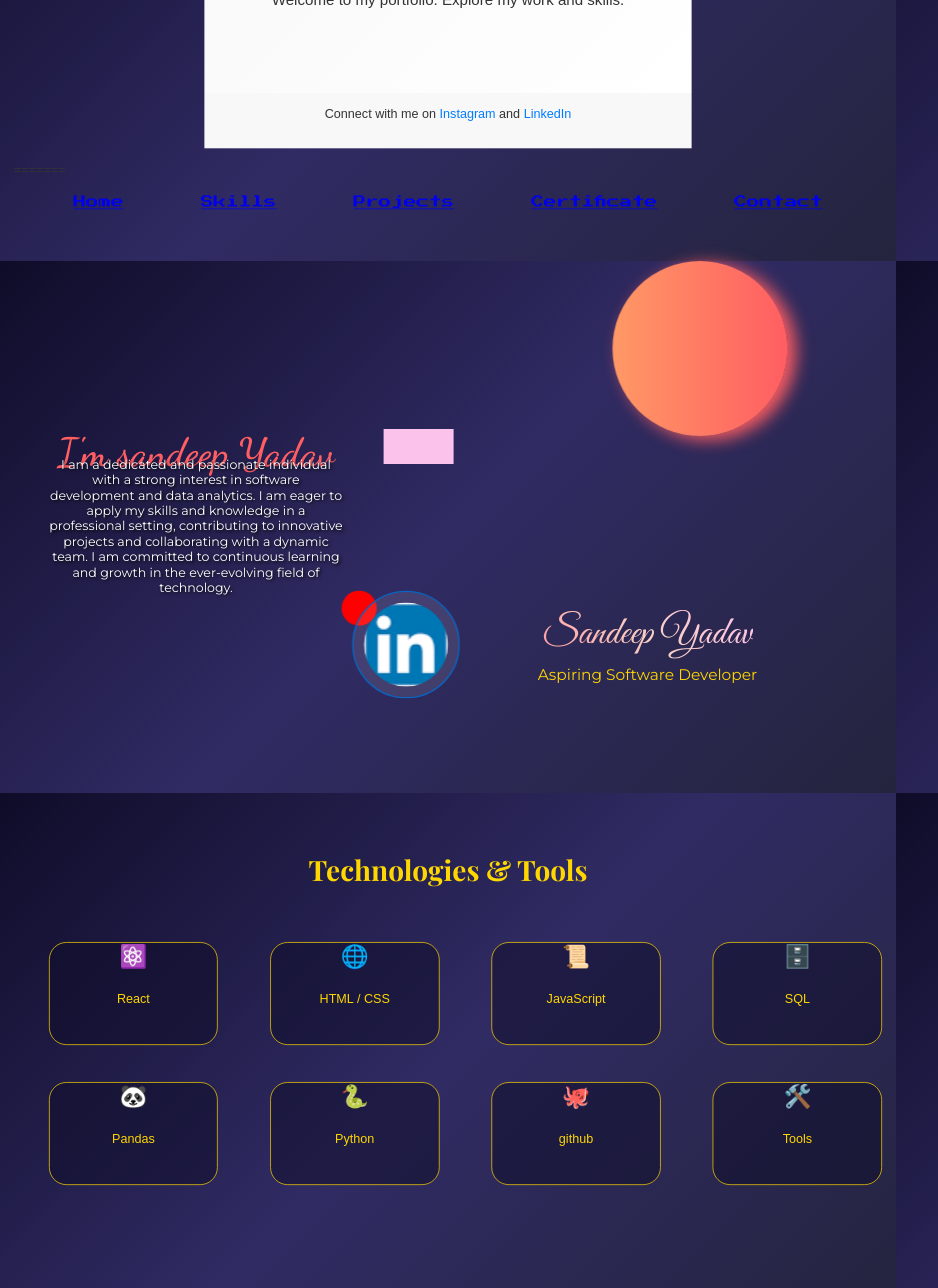
Repository: SandeepYadav18717/Sandeep_portfolio
Page: /
An editor plug-in stored every save of this project. The page is shown before and after the next save, followed by the edit.
The browser window is 1280 px wide. The page is 1340 px wide, so the pictures cover 1340 px, including what lies to the right of the window. The pictures show the part of the page from y = 387 to 2227 px (the page is 4565 px tall), at 70% of full size.
The project was rebuilt for these pictures with package versions that can differ from the ones it lists, and the page was loaded fresh each time. Also part of the build but not shown: vite.config.js.

Above is the page before, as saved 2025-09-03 05:54:51.

### index.html
<<<<<<< HEAD
 <!DOCTYPE html>
<html lang="en">
<head>
    <meta charset="UTF-8">
    <meta name="viewport" content="width=device-width, initial-scale=1.0">
    <title>Portfolio - Sandeep Yadav</title>
    <style>
        body {
            margin: 0;
            font-family: 'Arial', sans-serif;
            background-color: #ffffff;
            color: #333333;
            height: 100vh;
            display: flex;
            flex-direction: column;
            justify-content: space-between;
        }

        .container {
            max-width: 1200px;
            margin: 0 auto;
            padding: 20px;
            flex: 1;
        }

        .navbar {
            display: flex;
            justify-content: space-between;
            align-items: center;
            padding: 20px;
            background-color: #f8f8f8;
            box-shadow: 0 4px 8px rgba(0, 0, 0, 0.1);
            animation: slideIn 1s ease-out;
        }

        .navbar ul {
            list-style: none;
            display: flex;
            gap: 20px;
        }

        .navbar ul li {
            display: inline;
        }

        .navbar ul li a {
            color: #333333;
            text-decoration: none;
            font-weight: bold;
            transition: color 0.3s;
        }

        .navbar ul li a:hover {
            color: #007bff;
        }

        .hero {
            text-align: center;
            padding: 100px 20px;
            background: linear-gradient(135deg, #f8f8f8, #ffffff);
            animation: fadeIn 2s ease-in-out;
            flex: 1;
        }

        .hero h1 {
            font-size: 3em;
            margin: 0;
            color: #007bff;
            animation: bounceIn 1.5s ease-in-out;
        }

        .hero p {
            font-size: 1.2em;
            margin: 20px 0;
            color: #333333;
            animation: fadeIn 2s ease-in-out;
        }

        .hero a {
            display: inline-block;
            padding: 10px 20px;
            color: #ffffff;
            background-color: #007bff;
            text-decoration: none;
            border-radius: 5px;
            transition: background-color 0.3s;
            animation: fadeIn 2s ease-in-out;
        }

        .hero a:hover {
            background-color: #0056b3;
        }

        .footer {
            text-align: center;
            padding: 20px;
            background-color: #f8f8f8;
            animation: slideIn 1s ease-out;
        }

        .footer a {
            color: #007bff;
            text-decoration: none;
        }

        @keyframes slideIn {
            from {
                transform: translateY(-100%);
                opacity: 0;
            }
            to {
                transform: translateY(0);
                opacity: 1;
            }
        }

        @keyframes fadeIn {
            from {
                opacity: 0;
            }
            to {
                opacity: 1;
            }
        }

        @keyframes bounceIn {
            0%, 20%, 40%, 60%, 80%, 100% {
                transform: translateY(0);
            }
            50% {
                transform: translateY(-20px);
            }
        }
    </style>
</head>
<body>
    <div class="container">
        <nav class="navbar">
            <div class="logo">
                <h1>Portfolio</h1>
            </div>
            <ul>
                <li><a href="index.html">Home</a></li>
                <li><a href="about sandeep.html">About</a></li>
                <li><a href="Sandeep port experience.html">Skills</a></li>
                <li><a href="Sandeep port certifications.html">Certificates</a></li>
            </ul>
        </nav>

        <section class="hero" id="home">
            <h1>Hello! I Am Sandeep Yadav</h1>
            <p>Welcome to my portfolio. Explore my work and skills.</p>

        </section>

        <footer class="footer">
            <p>Connect with me on <a href="https://instagram.com/sandeepyadav782707?utm_source=qr&igshid=ZDc4ODBmNjlmNQ%3D%3D">Instagram</a> and <a href="https://www.linkedin.com/in/sandeep-yadav-0b6357210">LinkedIn</a></p>
        </footer>
    </div>
</body>
</html>
=======
<!doctype html>
<html lang="en">
  <head>
    <meta charset="UTF-8" />
    <link rel="icon" type="image/svg+xml" href="/vite.svg" />
    <meta name="viewport" content="width=device-width, initial-scale=1.0" />
    <title>Vite + React</title>
  </head>
  <body>
    <div id="root"></div>
    <script type="module" src="/src/main.jsx"></script>
  </body>
</html>
>>>>>>> 4fd1c6c (Initial upload of React portfolio project)

### src/App.jsx
import { useEffect } from "react";
import Navbar from "./navbar/Navbar";
import Index from "./Pages/Index";
import Skills from "./Pages/Skills";

import Cards  from "./Cards/Cards";
import Contact from "./Contact/contact";
import Cert from "./Certifitae/Certi.jsx";   // 👈 yaha import kar

import "./App.css";

function App() {
  useEffect(() => {
    const observer = new IntersectionObserver(
      (entries) => {
        entries.forEach((entry) => {
          if (entry.isIntersecting) {
            entry.target.classList.add("visible");
          } else {
            entry.target.classList.remove("visible");
          }
        });
      },
      { threshold: 0.2 } // 20% section visible hote hi trigger
    );

    document.querySelectorAll(".section").forEach((sec) => {
      observer.observe(sec);
    });

    return () => observer.disconnect();
  }, []);

  return (
    <>


      <Navbar />
      <section id="home" className="section"><Index /></section>
      <section id="skills" className="section"><Skills /></section>
      <section id="projects" className="section"><Cards /></section>
      <section id="Certifitae" className="section"><Cert /></section>
       <section id="contact" className="section"><Contact /></section>
    </>
  );
}

export default App;

### src/Navbar/Navbar.jsx
import "./Navabr.css";



import { useState,useEffect } from 'react'
function Navbar() {
  const [loaded, setLoaded] = useState(false);

  useEffect(() => {
    // Trigger animation when component mounts
    setLoaded(true);
  }, []);
  function About(){
    location.href = 'Home.jsx';
    console.log("clickedded");
  }
  function Project(){
    location.href = 'Cards.jsx';
    console.log("clicked");
  }

    return (
        <div id="container">
       <a href="#home" className="nav-item">Home</a>
        <a href="#skills" className="nav-item">Skills</a>
        <a href="#projects" className="nav-item">Projects</a>
        <a href="#Certifitae" className="nav-item">Certificate</a>
        <a href="#contact" className="nav-item">Contact</a>
        </div>
    )
}

export default Navbar;

### src/Pages/Index.jsx

import "./Home.css";
import Linkdin from "../Pages/Linkdin.png"; // Adjust the path based on the actual location

function Home() {
  return (
    <>

     <div id="detail">


     <div id="overlay">I'm sandeep Yadav
       <div id="Linkdin">
        <img src={Linkdin} alt=""
        style={{
        width: "120px",
        height: "120px",
         borderRadius: "50%",
        objectFit: "cover",
        border: "2px solid #0A66C2",
           marginTop: "0px"   }} />
       </div>
      <div id="Instagram"></div>
      <div id="twitter"></div>
     </div>
     <div id="bg-Photo">

     </div>

     <div id="intro">

          I am a dedicated and passionate individual with a strong interest in
          software development and data analytics. I am eager to apply my skills
          and knowledge in a professional setting, contributing to innovative
          projects and collaborating with a dynamic team. I am committed to
          continuous learning and growth in the ever-evolving field of
          technology.

    </div>


   <div id="name">

          Sandeep Yadav
      </div>

   <div id="role">
          Aspiring Software Developer


     </div></div>
     <br/><br/><br/><br/><br/>
    </>
  );
}

export default Home;

### src/Pages/Skills.jsx
import { Card } from "../Cards/Cards"
import "./Skills.css"


function Skills() {
  return (
    <>
      <h1> Technologies & Tools</h1>
      <div id="card-skill">
        <Card
          className="card-skill-1"
          title={<>⚛️</>}
          description="React"
        />
        <Card
          className="card-skill-2"
          title={<>🌐</>}
          description="HTML / CSS"
        />
        <Card
          className="card-skill-3"
          title={<>📜</>}
          description="JavaScript"
        />
        <Card
          className="card-skill-4"
          title={<>🗄️</>}
          description="SQL"
        />
      </div>

      {/* another div line 2 */}
      <div id="card-skill">
        <Card
          className="card-skill-1"
          title={<>🐼</>}
          description="Pandas"
        />
        <Card
          className="card-skill-2"
          title={<>🐍</>}
          description="Python"
        />
        <Card
          className="card-skill-3"
          title={<>🐙</>}
          description="github"
        />
        <Card
          className="card-skill-4"
          title={<>🛠️</>}
          description="Tools"
        />
      </div>
    </>
  )
}

export default Skills;

### src/Contact/contact.jsx
import { useState } from "react";
import "./contact.css";

function Contact() {
  const [name, setName] = useState("");
  const [Email, setEmail] = useState("");
  const [phone, setPhone] = useState("");
  function on(event){
    setName(event.target.value)

  }
   function email(event){
    setEmail(event.target.value)

  }
   function Phone(event){
    setPhone(event.target.value)

  }


  return (
    <>
    <div id="heading">Get in <span style={{color:"gold"}}>Touch</span> With Us
</div>
<br />
<div id="value">
      <input
        type="text"
        onChange={on}

        placeholder="Enter your name"
        className="input-box"
      /><br />
      {name}

      <br />

      <input
      className="input-box"
        type="email"
        onChange={email}
        placeholder="Enter your Email"
      /><br />
     Email is: {Email}
<br />
       <input
       className="input-box"
        type="Phone"
        onChange={Phone}

        placeholder="Enter your Phone number"
      />
      <br />
      Mobile No:{phone}
      <br />
    <br />

  <button >submit</button>
    </div>
    </>
  );
}


export default Contact;

### src/Certifitae/Certi.jsx

import Card from "../Cards/Cards";

import "./certi.css";
import python from "./python.png";
import Html from "./Html.jpg";
import image from "./image_cd97ae3d-5304-4b07-9a13-3357f6d9babd20230831_163952.jpg";
import go from "./Googleanalytics.jpg";

function Cert() {
  return (
    <div>
<h1 style={{ fontFamily: 'Playfair Display' }}> Certifications & Achievements</h1>
      <div id="card-skills">

        <ul>
          <img src={python} alt="python" />

          <img src={Html} alt="" />

          <img src={go} />

        </ul>


      </div>


    </div>
  );
}

export default Cert;

### src/App.css

html { scroll-behavior: smooth; }

.section {
  min-height: 100vh;
  opacity: 0;
  transform: translateY(80px);
  transition: all 1.2s ease-in-out;
  transition-delay: 0.3s;
}

.section.visible {
  opacity: 1;
  transform: translateY(0);
}

### src/Navbar/Navabr.css
@import url('https://fonts.googleapis.com/css2?family=Press+Start+2P&display=swap');
html {
  scroll-behavior: smooth;
}
#container {
    height: 70px;
    width: 100%;
    display: flex;
    justify-content: space-evenly;
    align-items: center;
    font-family: 'Press Start 2P', cursive;
    color: #4e3940;
    background-color: transparent;
    transition: all 0.2s ease-in-out;
}
#container

.nav-item {
    padding: 10px 25px;
    border-radius: 10px;


    transition: all 0.4s ease;
}

#container .nav-item:hover {
    text-shadow: 2px 2px 5px whitesmoke;
    box-shadow: 0 10px 20px rgba(0,0,0,0.5);
    transform: translateY(-10px) scale(1.1);
    background-color:  #4e3940;
    color: whitesmoke;
    cursor: pointer;
}

body{
    background: linear-gradient(135deg,black);
    height: 100vh;
}

### src/Pages/Home.css
@import url('https://fonts.googleapis.com/css2?family=Great+Vibes&display=swap');
@import url("https://fonts.googleapis.com/css2?family=Dancing+Script:wght@600&display=swap");

#detail {
  position: relative;
  margin-top: 0%;
  height: auto;
  padding: 50px;
  display: flex;
  flex-direction: column;
  align-items: center;
}

#bg-Photo {
  height: 250px;
  width: 250px;
  background: linear-gradient(to right, #ff9966, #ff5e62);
  border-radius: 50%;
  margin-bottom: 30px;
  margin-left: 100vh;
  box-shadow: 12px 5px 25px #ff5e62;
  animation: photoSlide 1.5s ease forwards;
   display:flex;
 justify-content: space-between;

}

@keyframes photoSlide {
  from {
    transform: translateY(-200%);
    opacity: 0;
  }
  to {
    transform: translateY(0);
    opacity: 1;
  }
}


#name {
  font-family: 'Montserrat', sans-serif;
  font-size: 30px;
  color: white;
  margin-bottom: 10px;
  margin-left: 50%;
  animation: nameSlide 1.5s ease forwards;
}

@keyframes nameSlide {
  from {
    transform: translateX(-100%);
    opacity: 0;
  }
  to {
    transform: translateX(0);
    opacity: 1;
  }
}


#role {
  font-family: 'Montserrat', sans-serif;
  font-size: 22px;
  color: #ffd700;
  margin-bottom: 20px;
  animation: roleSlide 1.5s ease forwards;
  margin-left: 50%;
}

@keyframes roleSlide {
  from {
    transform: translateX(100%);
    opacity: 0;
  }
  to {
    transform: translateX(0);
    opacity: 1;
  }
}


#intro {
  font-family: 'Montserrat', sans-serif;
  font-size: 18px;
  color: white;
  text-align: center;
  margin-right: 100vh;
  max-width: 100vh;
  text-shadow: 2px 2px 5px black;
  animation: introSlide 2s ease forwards;
  opacity: 0;
}

@keyframes introSlide {
  from {
    transform: translateY(200%);
    opacity: 0;
  }
  to {
    transform: translateY(0);
    opacity: 1;
  }
}
#overlay {
  position: absolute;
  color:  #ff5e62;
  top: 40%;
  left: 5%;
  font-size: 400%;
  height: 100%;
}

#name {
  font-family: 'Great Vibes', cursive;
  font-size: 3.5rem;
  text-align: center;
  margin-top: 20px;


  background: linear-gradient(45deg, #ff9a9e, #fad0c4, #fbc2eb);
  background-clip: text;
  -webkit-text-fill-color: transparent;
}
#overlay{
   font-family:  'Dancing Script', cursive;
  font-size: 3.5rem;
  text-align: center;
  display:flex;
  gap:10px


}




#Linkdin{
  height:50px;
  width:50px;
  margin-top: 40%;
  background-color: red;
  border-radius: 50%;
  animation: photoSlide 1.5s ease forwards;
}
#instagram{
  background-color: #fbc2eb;
   height:50px;
  width:100px;
}

### src/Pages/Skills.css
@import url("https://fonts.googleapis.com/css2?family=Monoton&display=swap");
@import url('https://fonts.googleapis.com/css2?family=Playfair+Display:wght@400;700&display=swap');

html {
  scroll-behavior: smooth;
}
h1 {
  text-align: center;
  color: gold;

  margin-top: 20px;
  font-size: 250%;
  margin-top: 5%;
  font-family: 'Playfair Display';
}
#card-skill {
  height: 200px;
  display: flex;

  align-items: center;
  gap:2%;
  border-radius: 20px;
  color: white;
  width:100%




}
.card-skill-1,.card-skill-2,.card-skill-3,.card-skill-4{
    background-color:  rgba(15, 12, 41, 0.7);
    border: 1px solid gold;
    height:145px;
    width:250px;
    background: rgba(15, 12, 41, 0.5);
    border-radius: 25px;
    margin-left: 4%;
    margin-top: 5%;
    text-align: center;
    color: #ffd700


 ;


}
.card-skill-1:hover,.card-skill-2:hover,.card-skill-3:hover,.card-skill-4:hover,.card-skill.h3:hover{
    border-color: #ffd700;
    box-shadow: 10px 15px 15px rgba(255, 215, 0, 0.2),  0 2.5px 5px crimson;
    transform: scale(1.3);
    border:2px, double ,gold;

}
.card-skill.h3 {
  color: yellow;
  background: transparent;
  display: inline-block;
  font-size: 20px;
  transition: transform 0.3s ease, color 0.3s ease;
  height: 35px;
  width:250px;
}

### src/Cards/Card.css
@import url('https://fonts.googleapis.com/css2?family=Montserrat:wght@400;700&display=swap');
@import url('https://fonts.googleapis.com/css2?family=Cinzel:wght@600&display=swap');



#card-contain{
    display: flex;

    height:250px;
    margin-top: 10%;
    justify-content: center;
    border-radius: 25px;
    gap:4%



}


.Back {
  background: linear-gradient(135deg, #3a1c71, #d76d77, #ffaf7b);
  height: 250px;
  width: 250px;
  border-radius: 25px 80px 25px  80px;
  border: 3px double gold;
   margin-left: 0px;
   padding-left: 20px;
   padding-top: 20px;
  transition: transform 0s ease;
  box-shadow: 5px 10px 18px 5px black ;
  animation: card 1s ease-in-out 0s;

}
@keyframes card {
  0%{
    transform: scale(0.5);
    opacity: 0;


  }


  100%{
    transform: scale(1);
    opacity: 200;
  }

}

.Back:hover {
 transform: rotateY(180deg);
 height:400px;
 color: wheat;
  background: linear-gradient(135deg, #0f0c29, #302b63, #24243e);
  border: 3px solid gold;
  box-shadow: 5px 10px 18px  crimson;
  font-size: small;
  font-family:'Montserrat' ;
}

.Back-X {
  background: linear-gradient(-135deg, #3a1c71, #d76d77, #ffaf7b);
  height: 250px;
  width: 250px;
  padding-left: 20px;
  padding-top: 50px;
  border-radius: 50px;
   margin-left: 0px;
  transition: transform 0s ease;
  box-shadow: 5px 10px 18px 10px black;


}
.Back-X:hover {
  transform: rotateX(180deg);
 height:400px;
 padding-top: 20px;
 font-size: small;
 color: wheat;
  background: linear-gradient(135deg, #0f0c29, #302b63, #24243e);
  border: 3px solid gold;
  box-shadow: 5px 10px 18px  crimson;
  font-family:'Montserrat' ;



}

.card-1,.card-3  {
  border-radius: 25px;
  height: 250px;
   margin-left: 40px;
  color: transparent;
  transition: transform 1s ease;


}
.card-1:hover {
  transform: rotateY(180deg);


}


.card-2,.card-4 {

  height: 450px;
  width: 250px;
  border-radius: 25px;
   margin-left: 40px;
  transition: transform 1s ease;
  color: transparent;

}

.card-2:hover {
  transform: rotatex(180deg);

}


.card-3:hover {
  transform: rotateY(180deg);
   color: wheat;
}

.card-4:hover {
  transform: rotateX(180deg);

}
body{
 background: linear-gradient(135deg, #0f0c29, #302b63, #24243e);
            color: #f8f8f8;
            min-height: 100vh;
            padding: 20px;
}
h3{
  color: yellow;
  font-size: xx-large;
  margin-top:0% ;
}
h3:hover{
  color: yellow;

  margin-top:0% ;
}
p{
  margin-top: 0%;
}

### src/Contact/contact.css
html {
  scroll-behavior: smooth;
}

body{
    background-color: azure;
    color: aqua;
    font-size: large;
}
.input-box {
             display: inline-flex;
            align-items: center;
            gap: 15px;
            margin-top: 2%;
            padding: 18px 40px;
            background: linear-gradient(135deg, var(--gold) 0%, #B8860B 100%);
            color: var(--dark);
            border: none;
            font-weight: 600;
            border-radius: 2px;
            transition: var(--transition);
            box-shadow: 0 10px 30px rgba(212, 175, 55, 0.3);
            cursor: pointer;



}
@keyframes input {
   25% {
    transform: translateY(-1225px);
  }
  50% {
    transform: translateZ(100px) translateY(100px);
  }
  75% {
    transform: translateZ(1225px);
  }
}


.input-box:focus {
  border-color: #007bff;
  box-shadow: -4px 15px 25px rgba(240, 241, 243, 0.5);
  width: 500px;

}
button{
    display: inline-flex;
            align-items: center;

            gap: 15px;
            padding: 18px 40px;
            background: linear-gradient(to right, #ff9966, #ff5e62);
            color: Gold;
            border: yellow;
            font-weight: 600;
            border-radius: 2px;
            transition: var(--transition);
            box-shadow: 0 10px 30px rgba(212, 175, 55, 0.3);
            cursor: pointer;
}
button:hover{
     transform: translateY(-3px);
            box-shadow: 0 15px 40px rgba(212, 175, 55, 0.4);
}
#heading{
    font-size: xxx-large;
    color:  #f9dcdc;
    text-shadow: 1px 1px 4px  gold;
    text-align: center;
}

### src/Certifitae/certi.css
@import url('https://fonts.googleapis.com/css2?family=Playfair+Display:wght@400;700&display=swap');
@import url('https://fonts.googleapis.com/css2?family=Playfair+Display:wght@400;700&display=swap');
html {
  scroll-behavior: smooth;
}
h1 {
  font-family: 'Playfair Display', serif;
  font-size: 2.5rem;     /* bada heading */
  text-align: center;    /* beech me laane ke liye */
  margin-bottom: 20px;
  color: gold;           /* classy golden heading */
}
#card-skills{
    border:4px solid gold;
     height: 500px;
  display: flex;
  margin-left: 5%;
  align-items: center;
  gap:2%;
  border-radius: 20px;
  color: white;
  width:90%;
  background: linear-gradient(135deg, rgba(15, 12, 41, 0.8), rgba(48, 43, 99, 0.8));
 padding: 0px;
            margin-top: 0px;
            border: 2px solid rgba(255, 215, 0, 0.3);
        }
/* .card1,.card2,.card3,.card4{
                background: rgba(255, 255, 255, 0.1);
            border-radius: 10px;
            padding: 15px;
            width: 280px;
            height:100px;
            margin-left: 15px;
            transition: all 0.3s ease;
        }
        .card3{
            margin-top: 25%;
        }
        .card2{
            margin-left: 25%;
        }


.card1:hover,.card2:hover,.card3:hover,.card4:hover,.card-skill.h3:hover{



  transform: translateY(-5px);
            box-shadow: 0 10px 20px rgba(0, 0, 0, 0.3);
} */
img  {
      background: rgba(255, 255, 255, 0.1);
            border-radius: 10px;
            padding: 15px;
            width: 350px;
            height:250px;
            margin-left: 15px;
            margin-top: 0%;
            transition: all 0.3s ease;
}
img:hover{
     transform: translateY(-5px);
            box-shadow: 0 10px 20px rgba(0, 0, 0, 0.3);
}

Loaded but not shown: src/main.jsx (common file); src/index.css (common file); src/Cards/Cards.jsx (86 lines, source omitted)

After the next save:
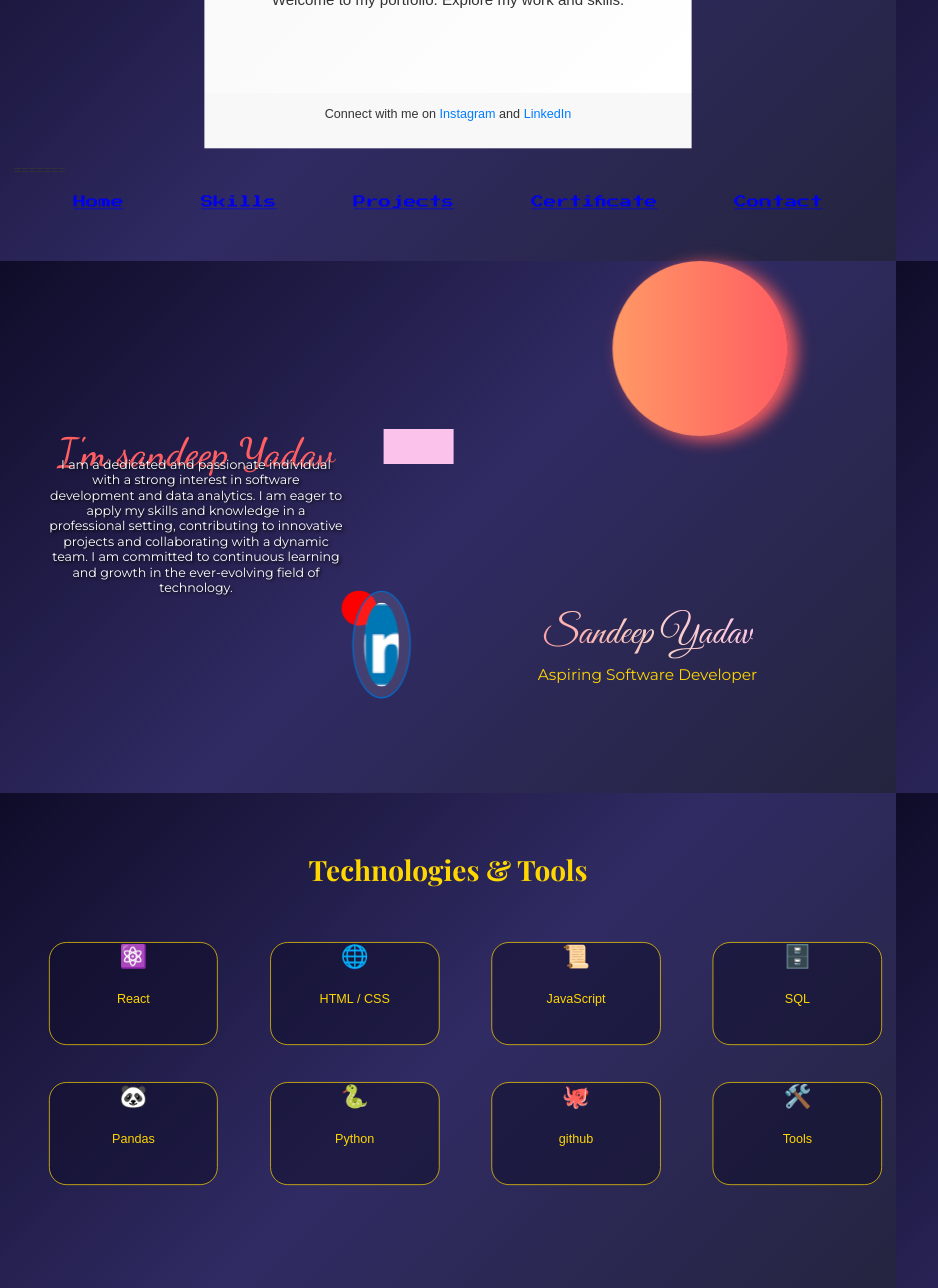
Saved 39 s later.
--- a/src/Pages/Index.jsx
+++ b/src/Pages/Index.jsx
@@ -13,7 +13,7 @@
        <div id="Linkdin">
         <img src={Linkdin} alt=""
         style={{
-        width: "120px",
+        width: "50px",
         height: "120px",
          borderRadius: "50%",
         objectFit: "cover",
